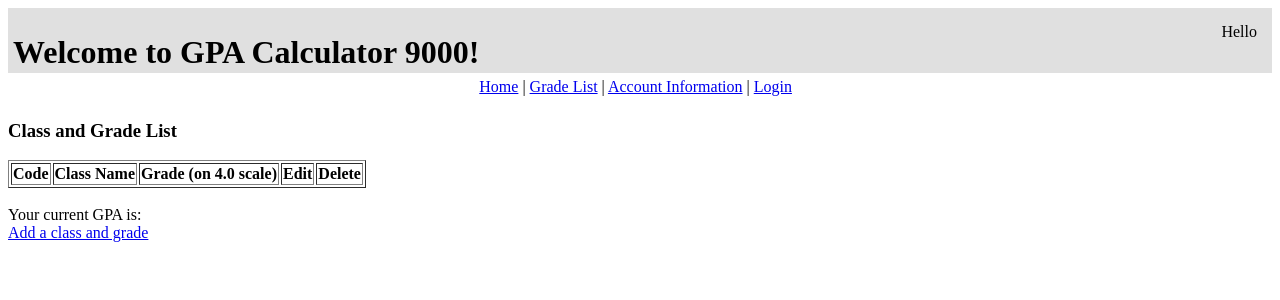
Repository: cheeseburger-engineering/gpaCalculator
Page: http://localhost/GPACalculator/WEB-INF/views/classListView.jsp
These files come from the project's save history. The page is drawn as it stood at one moment and after a run of saves; the edit follows.
The browser window is 1280 px wide. The pictures show the whole page.
The page is served by Tomcat 9. Nobody is signed in. The template is opened directly, without the code that normally fills it, so the values that code supplies are empty.

Above is the page before, as saved 2019-06-03 01:23:53.

After the next 4 saves:
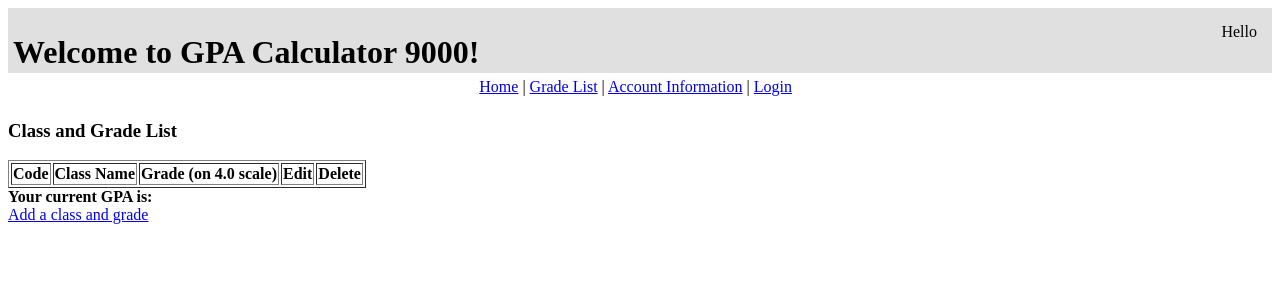
The 4 saves are shown as one change because 3 did not build or start.
The last was saved 2 min 28 s later.
--- a/GPACalculator/WebContent/WEB-INF/views/classListView.jsp
+++ b/GPACalculator/WebContent/WEB-INF/views/classListView.jsp
@@ -39,8 +39,8 @@
        </c:forEach>
     </table>
 
-    <br/>
-    Your current GPA is:
+    <b>Your current GPA is: </b>
+
     <br/>
     <a href="addClass">Add a class and grade</a>
 
